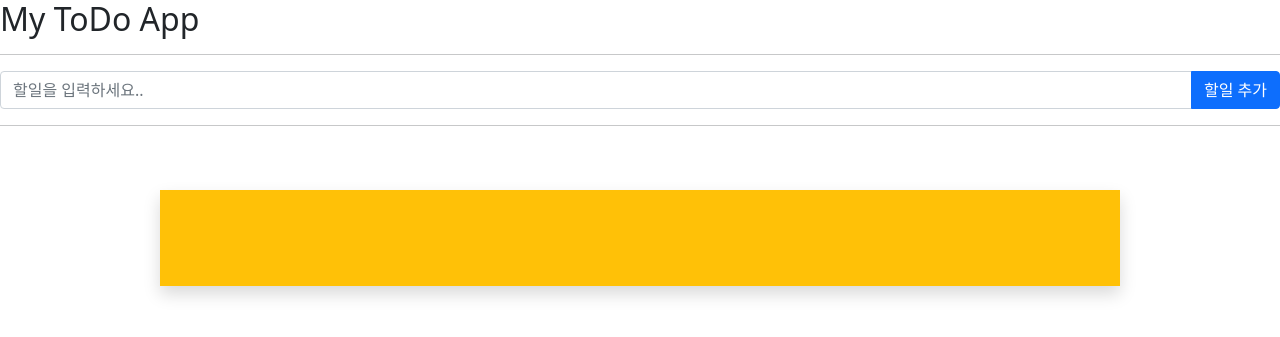
Repository: dngus1683/GameRoom
Page: project1_GameRoom/1~2주차 점검 공부정리/dev/MyWorkspace/jwbook/src/main/webapp/ch03/todoapp.html
These files come from the project's save history. The page is drawn as it stood at one moment and after the next save; the edit follows.
The browser window is 1280 px wide. The pictures show the whole page.

Above is the page before, as saved 2022-04-19 14:18:17.

### project1_GameRoom/1~2주차 점검 공부정리/dev/MyWorkspace/jwbook/src/main/webapp/ch03/todoapp.html
<!DOCTYPE html>
<html>
<head>
<meta charset="UTF-8">
<title>실습 3-2</title>
<link href="https://cdn.jsdelivr.net/npm/bootstrap@5.0.2/dist/css/bootstrap.min.css"
 rel="stylesheet" integrity="sha384-EVSTQN3/azprG1Anm3QDgpJLIm9Nao0Yz1ztcQTwFspd3yD65VohhpuuCOmLASjC" crossorigin="anonymous"> <!-- 부트스트랩 -->
</head>
<body>
	<div>
		<h2>My ToDo App</h2>
		<hr>
		<div class="input-group"> <!-- input-group" 입력 요소를 같은 라인에 보기 좋게 연결되도록 묶어준다. -->
			<input id="item" class="form-control" type="text" placeholder="할일을 입력하세요.."> <!-- 입력 필드에 사용자가 적절한 값을 입력할 수 있도록 도와주는 짧은 도움말 명시 --><!-- form-control입력 요소에 기본적인 디자인을 적용한다. -->
			<button type="button" class="btn btn-primary" onclick="addItem()">할일 추가</button>	<!-- btn btn-primary: 파란색 버튼을 생성한다. -->
		</div>
		<hr>
		<ul id="todolist" class="list-group"></ul>
	</div>
	<!-- 메인 박스 디자인 -->
	<div class="container bg-warning shadow mx-auto mt-5 p-5 w-75">
	<!-- container: 화면 전체를 차지하지 않는 고정 크기 컨테이너로 브라우저 크기 변동에 반응해서 변함. -->
	<!-- bg-warning: 기본 노란색(warning) 컬러로 배경색을 지정한다. shadow: 박수 테두리에 그림자 효과를 추가한다.  -->
	<!-- mt-5: 박스가 브라우저 상단에 붙어 있지 않도록 최대 상단 마진margin top을 설정(0~5단계) p-5: 박스 안쪽에 텍스트가 테두리에 붙어 있지 않도록 안쪽 패딩 설정 w-75박스 크기를 브라우저 크기의 75% -->

	</div>

</body>
</html>

After the next save:
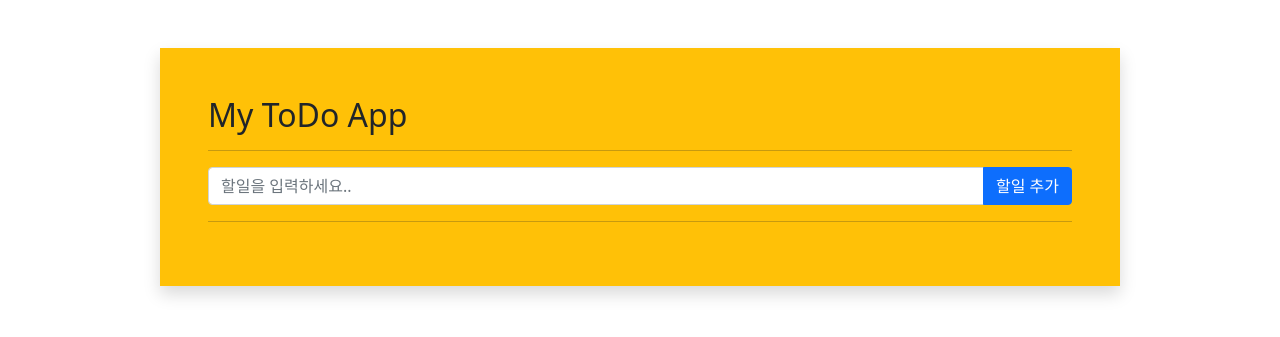
Saved 83 s later.
--- a/project1_GameRoom/1~2주차 점검 공부정리/dev/MyWorkspace/jwbook/src/main/webapp/ch03/todoapp.html
+++ b/project1_GameRoom/1~2주차 점검 공부정리/dev/MyWorkspace/jwbook/src/main/webapp/ch03/todoapp.html
@@ -7,7 +7,11 @@
  rel="stylesheet" integrity="sha384-EVSTQN3/azprG1Anm3QDgpJLIm9Nao0Yz1ztcQTwFspd3yD65VohhpuuCOmLASjC" crossorigin="anonymous"> <!-- 부트스트랩 -->
 </head>
 <body>
-	<div>
+	<!-- 메인 박스 디자인 -->
+	<div class="container bg-warning shadow mx-auto mt-5 p-5 w-75">
+	<!-- container: 화면 전체를 차지하지 않는 고정 크기 컨테이너로 브라우저 크기 변동에 반응해서 변함. -->
+	<!-- bg-warning: 기본 노란색(warning) 컬러로 배경색을 지정한다. shadow: 박수 테두리에 그림자 효과를 추가한다.  -->
+	<!-- mt-5: 박스가 브라우저 상단에 붙어 있지 않도록 최대 상단 마진margin top을 설정(0~5단계) p-5: 박스 안쪽에 텍스트가 테두리에 붙어 있지 않도록 안쪽 패딩 설정 w-75박스 크기를 브라우저 크기의 75% -->
 		<h2>My ToDo App</h2>
 		<hr>
 		<div class="input-group"> <!-- input-group" 입력 요소를 같은 라인에 보기 좋게 연결되도록 묶어준다. -->
@@ -16,14 +20,6 @@
 		</div>
 		<hr>
 		<ul id="todolist" class="list-group"></ul>
-	</div>
-	<!-- 메인 박스 디자인 -->
-	<div class="container bg-warning shadow mx-auto mt-5 p-5 w-75">
-	<!-- container: 화면 전체를 차지하지 않는 고정 크기 컨테이너로 브라우저 크기 변동에 반응해서 변함. -->
-	<!-- bg-warning: 기본 노란색(warning) 컬러로 배경색을 지정한다. shadow: 박수 테두리에 그림자 효과를 추가한다.  -->
-	<!-- mt-5: 박스가 브라우저 상단에 붙어 있지 않도록 최대 상단 마진margin top을 설정(0~5단계) p-5: 박스 안쪽에 텍스트가 테두리에 붙어 있지 않도록 안쪽 패딩 설정 w-75박스 크기를 브라우저 크기의 75% -->
-
-	</div>
 
 </body>
 </html>
